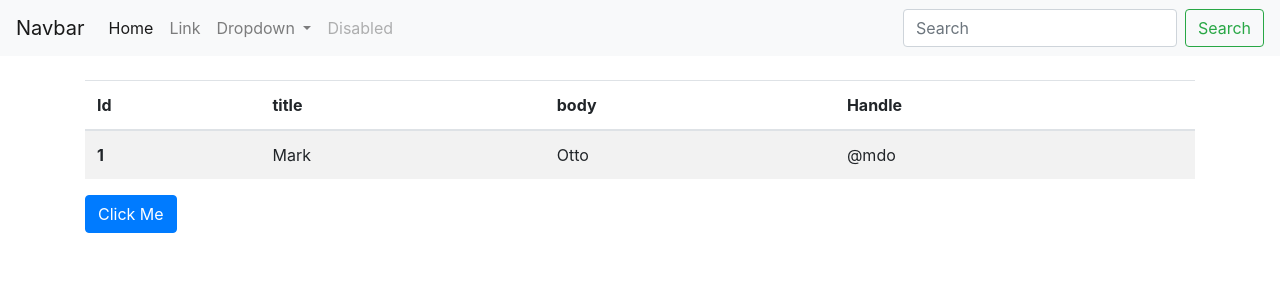
Repository: nashthecoder/vuebasics
Page: / (app in vue-app/demo/)
The author's editor kept a copy of each file at every save. The page is drawn from the files as they stood at one save, then again after the next save.
The browser window is 1280 px wide. The pictures show the whole page.
The project was rebuilt for these pictures with package versions that can differ from the ones it lists, and the page was loaded fresh each time. Also part of the build but not shown: vue-app/demo/src/components/HelloWorld.vue.

Above is the page before, as saved 2021-01-06 19:54:12.

### vue-app/demo/src/App.vue
<template>
  <div id="app">
    <nav class="navbar navbar-expand-lg navbar-light bg-light">
  <a class="navbar-brand" href="#">Navbar</a>
  <button class="navbar-toggler" type="button" data-toggle="collapse" data-target="#navbarSupportedContent" aria-controls="navbarSupportedContent" aria-expanded="false" aria-label="Toggle navigation">
    <span class="navbar-toggler-icon"></span>
  </button>

  <div class="collapse navbar-collapse" id="navbarSupportedContent">
    <ul class="navbar-nav mr-auto">
      <li class="nav-item active">
        <a class="nav-link" href="#">Home <span class="sr-only">(current)</span></a>
      </li>
      <li class="nav-item">
        <a class="nav-link" href="#">Link</a>
      </li>
      <li class="nav-item dropdown">
        <a class="nav-link dropdown-toggle" href="#" id="navbarDropdown" role="button" data-toggle="dropdown" aria-haspopup="true" aria-expanded="false">
          Dropdown
        </a>
        <div class="dropdown-menu" aria-labelledby="navbarDropdown">
          <a class="dropdown-item" href="#">Action</a>
          <a class="dropdown-item" href="#">Another action</a>
          <div class="dropdown-divider"></div>
          <a class="dropdown-item" href="#">Something else here</a>
        </div>
      </li>
      <li class="nav-item">
        <a class="nav-link disabled" href="#">Disabled</a>
      </li>
    </ul>
    <form class="form-inline my-2 my-lg-0">
      <input class="form-control mr-sm-2" type="search" placeholder="Search" aria-label="Search">
      <button class="btn btn-outline-success my-2 my-sm-0" type="submit">Search</button>
    </form>
  </div>
</nav>

    <PostsExample />
  </div>
</template>

<script>
import HelloWorld from './components/HelloWorld';
import PostsExample from './components/Posts';

export default {
  name: 'App',
  components: {
    HelloWorld,
    PostsExample
  }
}
</script>

<style>
@import "../node_modules/bootstrap/dist/css/bootstrap.min.css";

</style>

### vue-app/demo/src/components/Posts.vue
<template>
  <div class="container">
    <table class="table table-striped mt-4">
  <thead>
    <tr>
      <th scope="col">Id</th>
      <th scope="col">title</th>
      <th scope="col">body</th>
      <th scope="col">Handle</th>
    </tr>
  </thead>
  <tbody>
    <tr>
      <th scope="row">1</th>
      <td>Mark</td>
      <td>Otto</td>
      <td>@mdo</td>
    </tr>
  </tbody>
</table>
    <button class="btn btn-primary">Click Me</button>

  </div>
</template>

<script>
export default {
  name: 'PostsExample',
  data(){
    return{
      posts: [
        {id:1, title: 'Post 1', body: "this is the text body"},
        {id:2, title: 'Post 2', body: "this is the text body"},
        {id:3, title: 'Post 3', body: "this is the text body"},
        {id:4, title: 'Post 4', body: "this is the text body"},
      ]
    }
  }

}
</script>

<style>

</style>

Loaded but not shown: vue-app/demo/index.html (common file); vue-app/demo/src/main.js (common file)

After the next save:
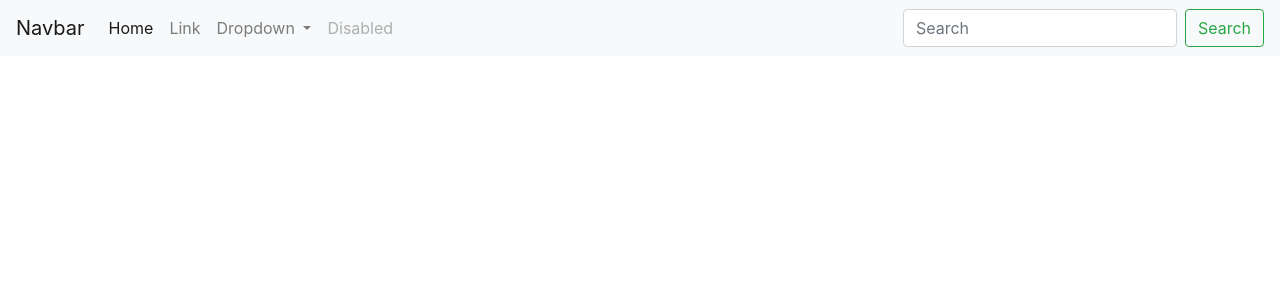
Saved 87 s later.
--- a/vue-app/demo/src/components/Posts.vue
+++ b/vue-app/demo/src/components/Posts.vue
@@ -6,15 +6,15 @@
       <th scope="col">Id</th>
       <th scope="col">title</th>
       <th scope="col">body</th>
-      <th scope="col">Handle</th>
+
     </tr>
   </thead>
   <tbody>
     <tr>
       <th scope="row">1</th>
-      <td>Mark</td>
-      <td>Otto</td>
-      <td>@mdo</td>
+      <td>{{post.Id}}</td>
+      <td>{{post.title}}</td>
+      <td>{{post.body}}</td>
     </tr>
   </tbody>
 </table>
